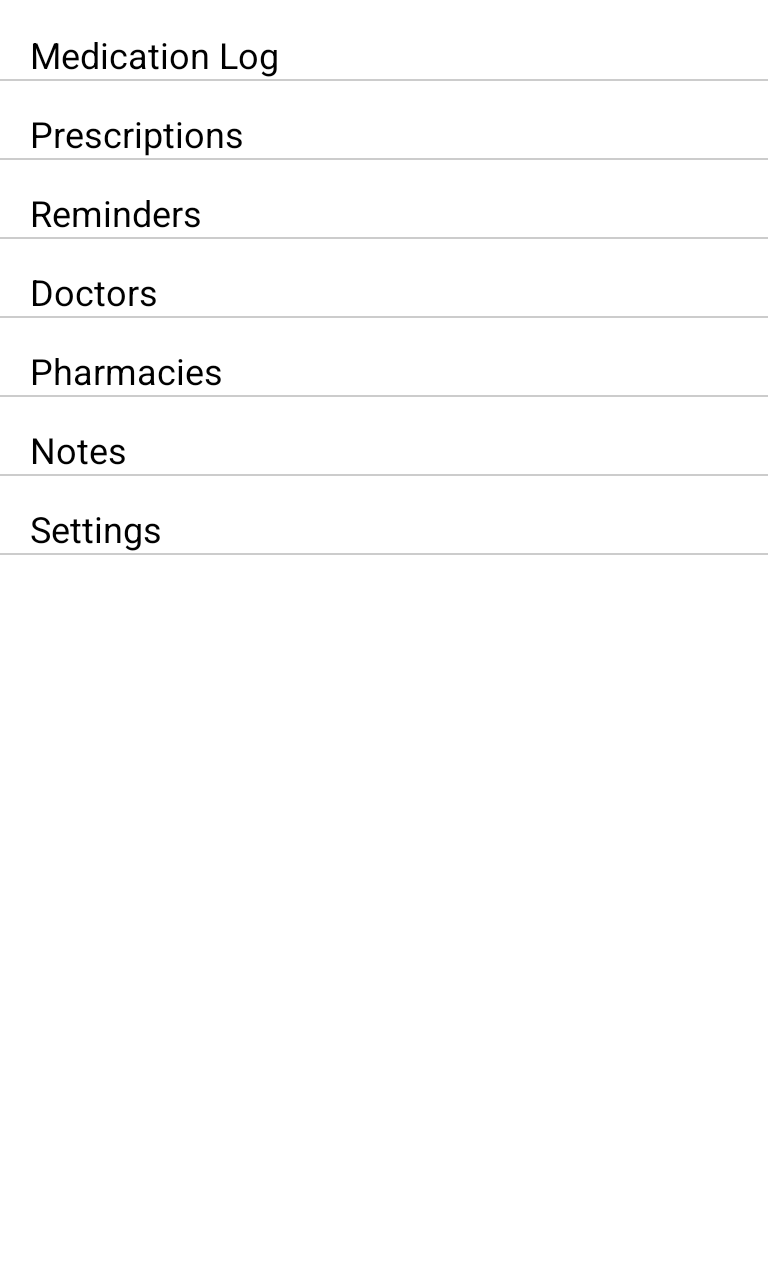
Repository: ranika/pilltracker
Layout: PillTracker/res/layout/fragment_main.xml
An editor plug-in stored every save of this project. The layout is shown before and after the next save, followed by the edit.
It is drawn on a 768 x 1280 px phone screen (xhdpi) without system bars, with theme AppTheme; the app's code is not run.

Above is the layout before, as saved 2014-04-10 02:46:52.

### PillTracker/res/layout/fragment_main.xml
<RelativeLayout xmlns:android="http://schemas.android.com/apk/res/android"
    android:layout_width="fill_parent"
    android:layout_height="fill_parent" >

    <TextView
        android:id="@+id/textView1"
        android:layout_width="wrap_content"
        android:layout_height="wrap_content"
        android:layout_alignParentLeft="true"
        android:layout_alignParentTop="true"
        android:layout_marginLeft="15dp"
        android:layout_marginTop="15dp"
        android:text="@string/med_log"
        android:textAppearance="?android:attr/textAppearanceMedium" />

    <View
        android:layout_width="fill_parent"
        android:layout_height="1dp"
        android:layout_alignParentLeft="true"
        android:layout_below="@+id/textView1"
        android:background="@color/black"
        android:paddingTop="20dp" />

    <TextView
        android:id="@+id/textView2"
        android:layout_width="wrap_content"
        android:layout_height="wrap_content"
        android:layout_alignLeft="@+id/textView1"
        android:layout_below="@+id/textView1"
        android:layout_marginTop="15dp"
        android:text="@string/prescriptions"
        android:textAppearance="?android:attr/textAppearanceMedium" />

    <View
        android:layout_width="fill_parent"
        android:layout_height="1dp"
        android:layout_alignParentLeft="true"
        android:layout_below="@+id/textView2"
        android:background="@color/black"
        android:paddingTop="20dp" />

    <TextView
        android:id="@+id/textView3"
        android:layout_width="wrap_content"
        android:layout_height="wrap_content"
        android:layout_alignLeft="@+id/textView2"
        android:layout_below="@+id/textView2"
        android:layout_marginTop="15dp"
        android:text="@string/reminders"
        android:textAppearance="?android:attr/textAppearanceMedium" />

    <View
        android:layout_width="fill_parent"
        android:layout_height="1dp"
        android:layout_alignParentLeft="true"
        android:layout_below="@+id/textView3"
        android:background="@color/black"
        android:paddingTop="20dp" />

    <TextView
        android:id="@+id/textView4"
        android:layout_width="wrap_content"
        android:layout_height="wrap_content"
        android:layout_alignLeft="@+id/textView3"
        android:layout_below="@+id/textView3"
        android:layout_marginTop="15dp"
        android:text="@string/doctors"
        android:textAppearance="?android:attr/textAppearanceMedium" />

    <View
        android:layout_width="fill_parent"
        android:layout_height="1dp"
        android:layout_alignParentLeft="true"
        android:layout_below="@+id/textView4"
        android:background="@color/black"
        android:paddingTop="20dp" />

    <TextView
        android:id="@+id/textView5"
        android:layout_width="wrap_content"
        android:layout_height="wrap_content"
        android:layout_alignLeft="@+id/textView4"
        android:layout_below="@+id/textView4"
        android:layout_marginTop="15dp"
        android:text="@string/pharmacies"
        android:textAppearance="?android:attr/textAppearanceMedium" />

    <View
        android:layout_width="fill_parent"
        android:layout_height="1dp"
        android:layout_alignParentLeft="true"
        android:layout_below="@+id/textView5"
        android:background="@color/black"
        android:paddingTop="20dp" />

    <TextView
        android:id="@+id/textView6"
        android:layout_width="wrap_content"
        android:layout_height="wrap_content"
        android:layout_alignLeft="@+id/textView5"
        android:layout_below="@+id/textView5"
        android:layout_marginTop="15dp"
        android:text="@string/notes"
        android:textAppearance="?android:attr/textAppearanceMedium" />

    <View
        android:layout_width="fill_parent"
        android:layout_height="1dp"
        android:layout_alignParentLeft="true"
        android:layout_below="@+id/textView6"
        android:background="@color/black"
        android:paddingTop="20dp" />

    <TextView
        android:id="@+id/textView7"
        android:layout_width="wrap_content"
        android:layout_height="wrap_content"
        android:layout_alignLeft="@+id/textView6"
        android:layout_below="@+id/textView6"
        android:layout_marginTop="15dp"
        android:text="@string/settings"
        android:textAppearance="?android:attr/textAppearanceMedium" />

    <View
        android:layout_width="fill_parent"
        android:layout_height="1dp"
        android:layout_alignParentLeft="true"
        android:layout_below="@+id/textView7"
        android:background="@color/black"
        android:paddingTop="20dp" />

</RelativeLayout>

### PillTracker/res/values/strings.xml
<?xml version="1.0" encoding="utf-8"?>
<resources>

    <string name="app_name">Pill Tracker</string>
    <string name="action_settings">Settings</string>
	<string name="med_log">Medication Log</string>
	<string name="prescriptions">Prescriptions</string>
	<string name="reminders">Reminders</string>
	<string name="doctors">Doctors</string>
	<string name="pharmacies">Pharmacies</string>
	<string name="notes">Notes</string>
	<string name="settings">Settings</string>
	<color name="black">#CCCCCC</color>
</resources>

Loaded but not shown: PillTracker/res/values/styles.xml (common file); PillTracker/res/values-v11/styles.xml (common file); PillTracker/res/values-v14/styles.xml (common file)

After the next save:
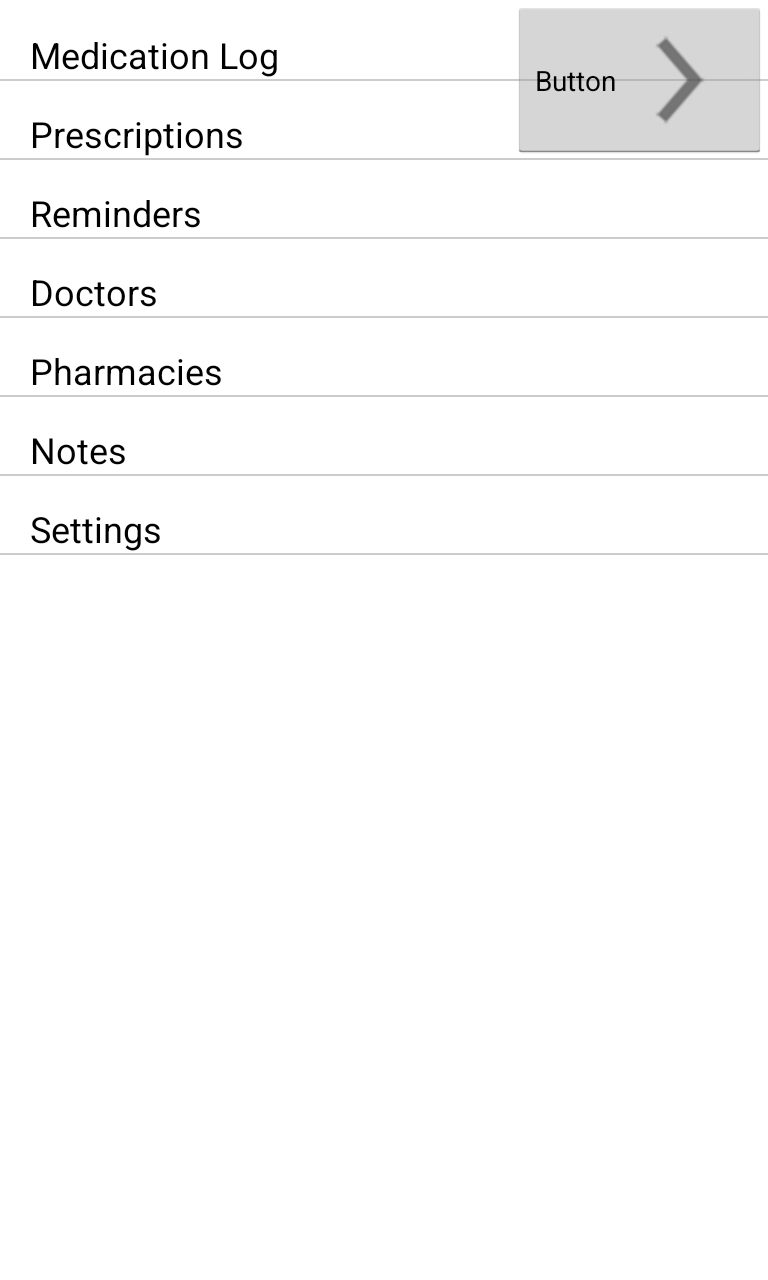
Saved 80 s later.
--- a/PillTracker/res/layout/fragment_main.xml
+++ b/PillTracker/res/layout/fragment_main.xml
@@ -129,4 +129,14 @@
         android:background="@color/black"
         android:paddingTop="20dp" />
 
+    <Button
+        android:id="@+id/button1"
+        style="?android:attr/buttonStyleSmall"
+        android:layout_width="wrap_content"
+        android:layout_height="wrap_content"
+        android:layout_alignParentRight="true"
+        android:layout_alignParentTop="true"
+        android:drawableRight="@drawable/arrow"
+        android:text="Button" />
+
 </RelativeLayout>
